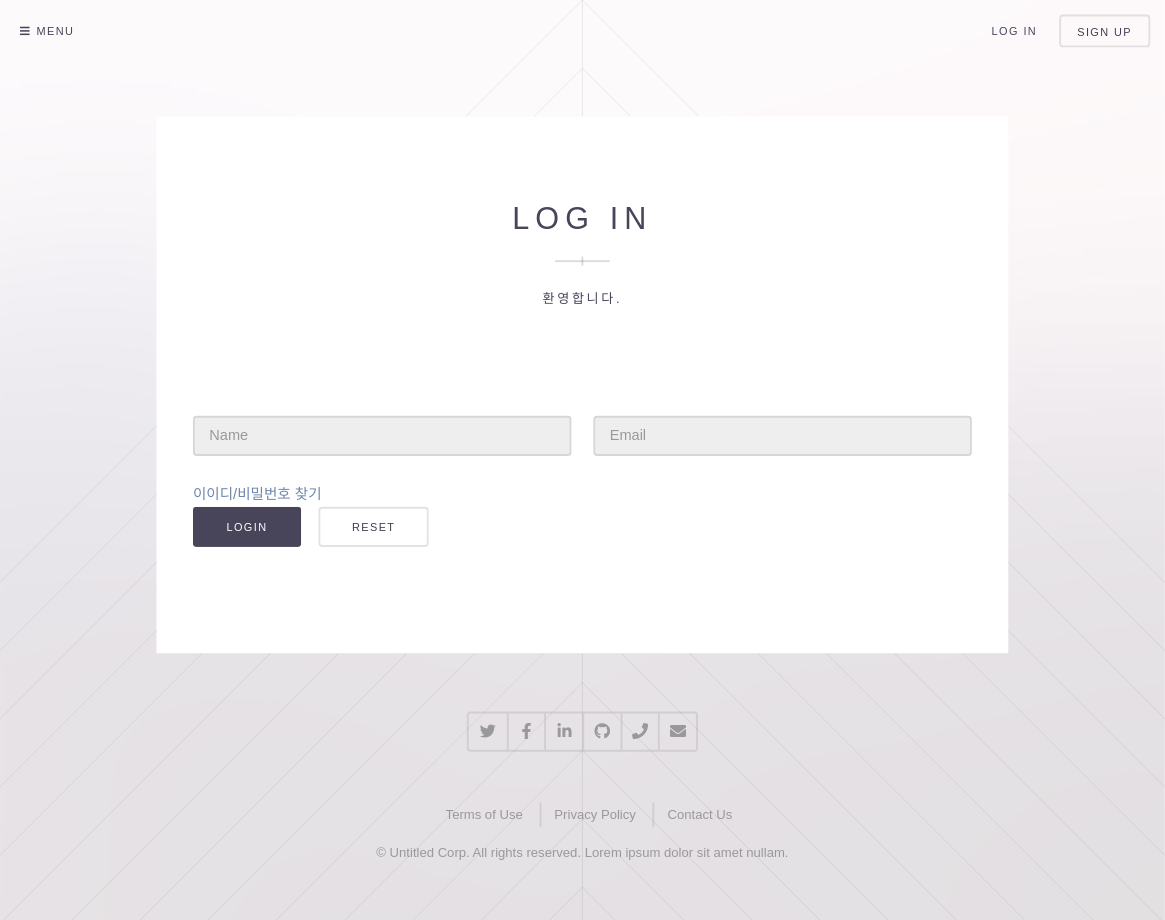
Repository: WKMoon/JavaScript-Project
Page: myFront/WebContent/login.html
The author's editor kept a copy of each file at every save. The page is drawn from the files as they stood at one save, then again after the next save.
The browser window is 1280 px wide. The pictures show the whole page, at 91% of full size.
Some web fonts or font styles are not loaded; a fallback is used.

Above is the page before, as saved 2021-02-25 07:19:17.

### myFront/WebContent/login.html
<!DOCTYPE html>
<html>
<head>
<meta charset="UTF-8">
<meta name="viewport" content="width=device-width, initial-scale=1, user-scalable=no" />
<link rel="stylesheet" href="assets/css/main.css" />
<title>Log In</title>
</head>
	<body class="is-preload">

		<!-- Header -->
			<header id="header">
				<a href="#menu">Menu</a>
				<a href="login.html">Log In</a>
				<a href="signup.html" class="button">Sign Up</a>
			</header>

		<!-- Nav -->
			<nav id="menu">
				<ul class="links">
					<li><a href="index.html">Home</a></li>
					<li><a href="generic.html">Generic</a></li>
					<li><a href="elements.html">Elements</a></li>
				</ul>
				<ul class="actions stacked">
					<li><a href="login.html" class="button primary fit">Log In</a></li>
					<li><a href="signup.html" class="button fit">Sign Up</a></li>
				</ul>
			</nav>


		<!-- Main -->
			<section id="main" class="wrapper style1">
				<div class="inner">

					<!-- Title -->
						<header class="major special">
							<h1>Log In</h1>
							<p>환영합니다.</p>
						</header>

					<!-- Content -->
						<div class="content">
							<form method="post" action="#">
											<div class="row">
												<div class="col-6 col-12-xsmall">
													<input type="text" name="name" id="name" value="" placeholder="Name" />
												</div>
												<div class="col-6 col-12-xsmall">
													<input type="email" name="email" id="email" value="" placeholder="Email" />
												</div>



												<div class="col-6 col-12-small">
													<a href="agreement.html"style="text-decoration: none; margin-bottom:10%;">이이디/비밀번호 찾기</a>

												</div>
												<!-- Break -->

												<!-- Break -->
												<div class="col-12">
													<ul class="actions">
														<li><input type="submit" value="Login" class="primary" /></li>
														<li><input type="reset" value="Reset" /></li>
													</ul>
												</div>
											</div>
										</form>
						</div>

				</div>
			</section>

		<!-- Footer -->
			<footer id="footer">
				<ul class="alt-icons">
					<li><a href="#" class="icon brands fa-twitter"><span class="label">Twitter</span></a></li>
					<li><a href="#" class="icon brands fa-facebook-f"><span class="label">Facebook</span></a></li>
					<li><a href="#" class="icon brands fa-linkedin-in"><span class="label">LinkedIn</span></a></li>
					<li><a href="#" class="icon brands fa-github"><span class="label">GitHub</span></a></li>
					<li><a href="#" class="icon solid fa-phone"><span class="label">Phone</span></a></li>
					<li><a href="#" class="icon solid fa-envelope"><span class="label">Email</span></a></li>
				</ul>
				<ul class="menu">
					<li><a href="#">Terms of Use</a></li>
					<li><a href="#">Privacy Policy</a></li>
					<li><a href="#">Contact Us</a></li>
				</ul>
				<p class="copyright">
					&copy; Untitled Corp. All rights reserved. Lorem ipsum dolor sit amet nullam.
				</p>
			</footer>

		<!-- Scripts -->
			<script src="assets/js/jquery.min.js"></script>
			<script src="assets/js/jquery.scrolly.min.js"></script>
			<script src="assets/js/jquery.scrollex.min.js"></script>
			<script src="assets/js/browser.min.js"></script>
			<script src="assets/js/breakpoints.min.js"></script>
			<script src="assets/js/util.js"></script>
			<script src="assets/js/main.js"></script>

	</body>
</html>

Loaded but not shown: myFront/WebContent/assets/js/jquery.min.js (library); myFront/WebContent/assets/js/jquery.scrolly.min.js (common file); myFront/WebContent/assets/js/jquery.scrollex.min.js (common file); myFront/WebContent/assets/js/browser.min.js (common file); myFront/WebContent/assets/js/breakpoints.min.js (common file); myFront/WebContent/assets/css/fontawesome-all.min.css (library); myFront/WebContent/assets/js/util.js (587 lines, source omitted); myFront/WebContent/assets/js/main.js (57 lines, source omitted); myFront/WebContent/assets/css/main.css (4487 lines, source omitted)

After the next save:
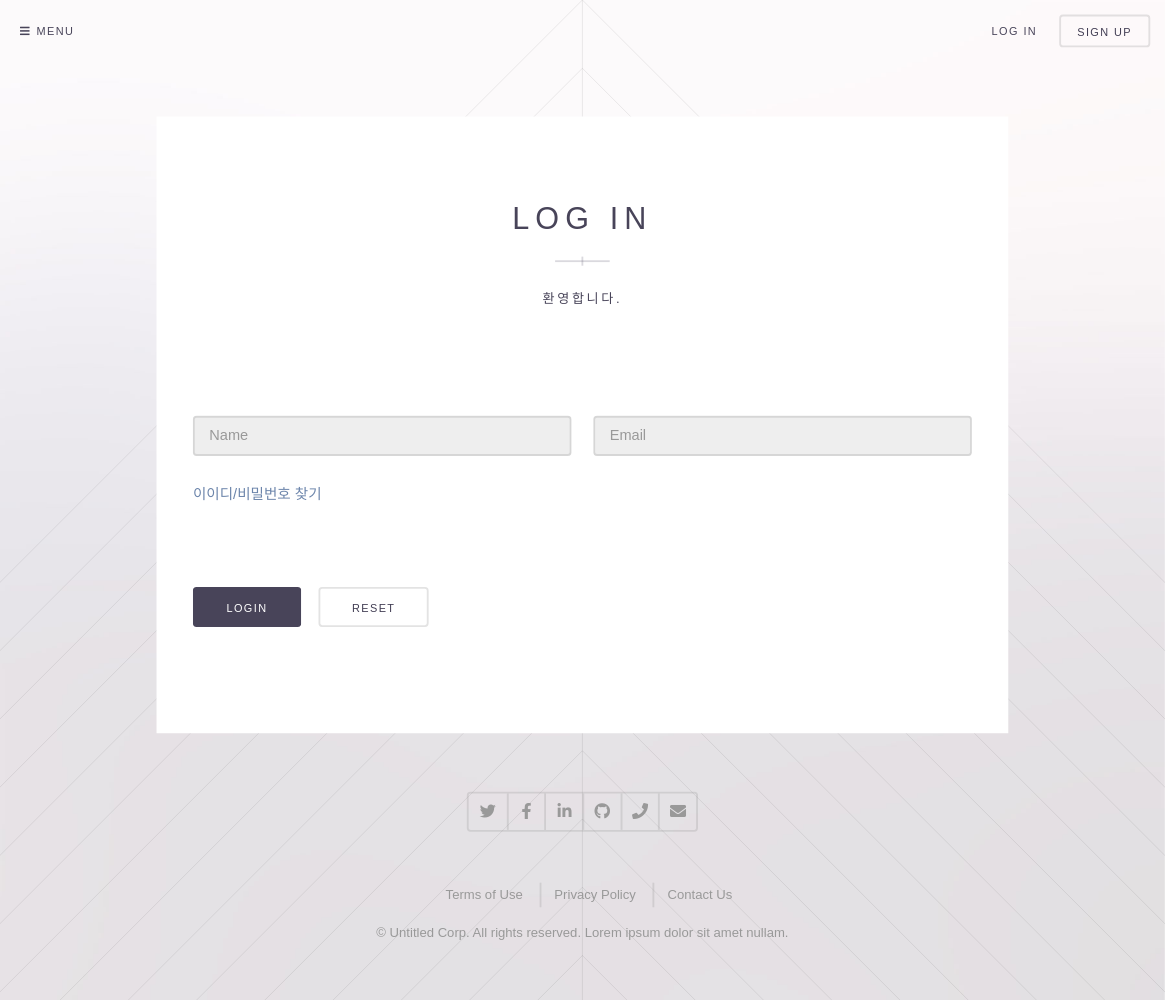
Saved 14 s later.
--- a/myFront/WebContent/login.html
+++ b/myFront/WebContent/login.html
@@ -52,8 +52,8 @@
 
 
 
-												<div class="col-6 col-12-small">
-													<a href="agreement.html"style="text-decoration: none; margin-bottom:10%;">이이디/비밀번호 찾기</a>
+												<div class="col-6 col-12-small" style=" margin-bottom:10%;">
+													<a href="agreement.html"style="text-decoration: none;">이이디/비밀번호 찾기</a>
 
 												</div>
 												<!-- Break -->
